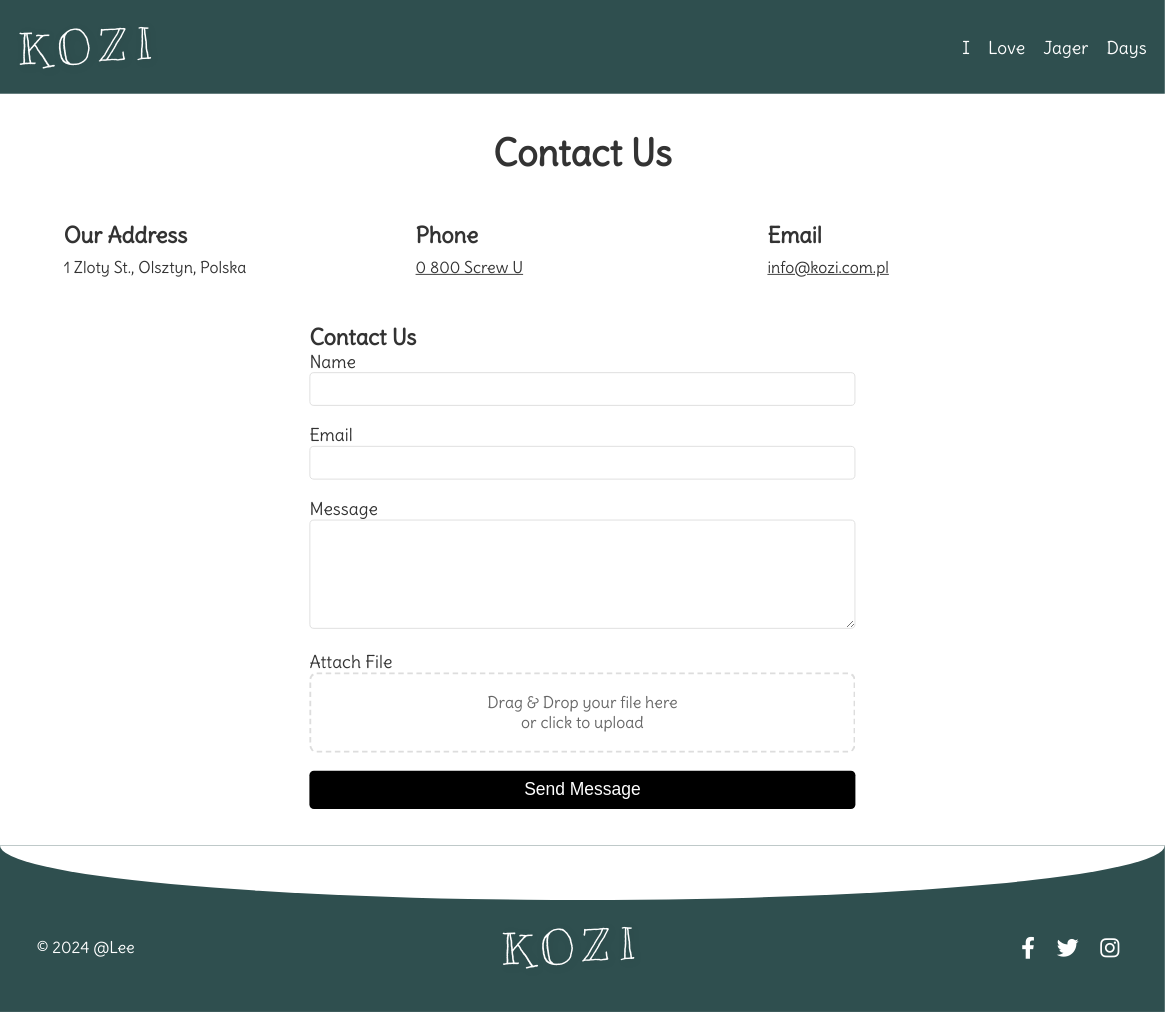
Repository: leerichie/kozi
Page: index.html
These files come from the project's save history. The page is drawn as it stood at one moment and after the next save; the edit follows.
The browser window is 1280 px wide. The pictures show the whole page, at 91% of full size.

Above is the page before, as saved 2024-10-24 20:08:15.

After the next save:
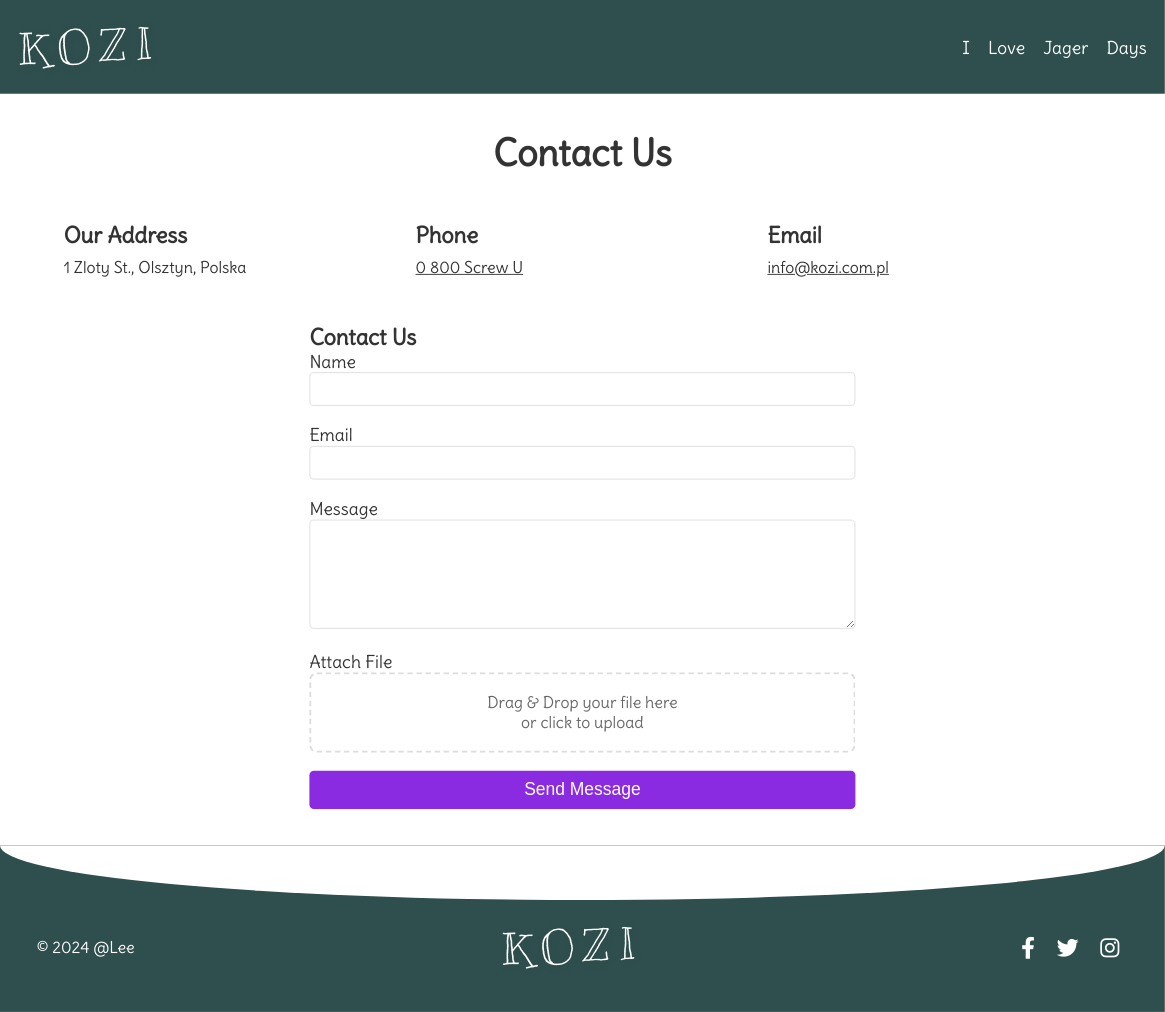
Saved 88 s later.
--- a/css/styles.css
+++ b/css/styles.css
@@ -232,7 +232,7 @@ textarea {
 
 .submit-btn {
   padding: 10px 20px;
-  background-color: #000;
+  background-color: blueviolet;
   color: #fff;
   border: none;
   border-radius: 5px;
